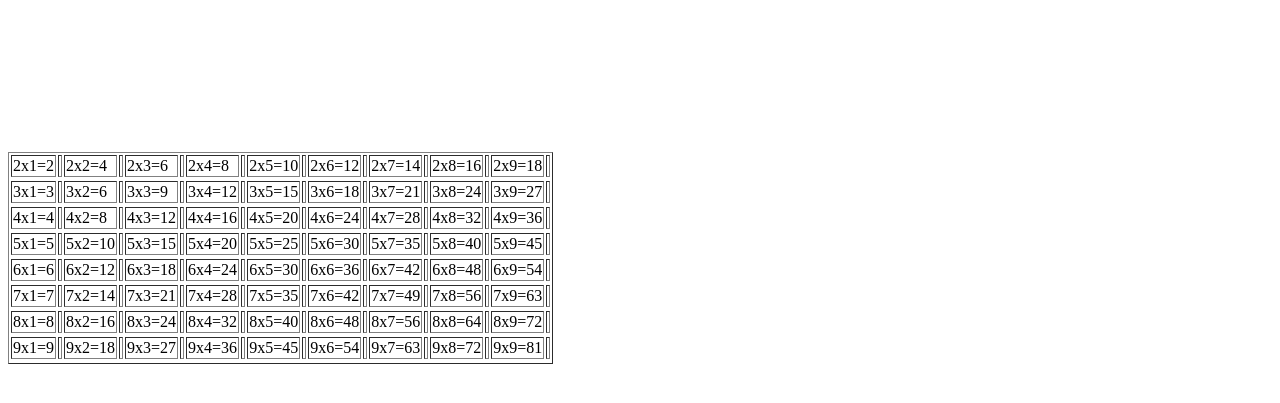
Repository: tldnwkd/jspclass2026
Page: http://localhost/chapter01/test02.jsp
An editor plug-in stored every save of this project. The page is shown before and after the next save, followed by the edit.
The browser window is 1280 px wide. The pictures show the whole page.
The page is served by Tomcat 9.

Above is the page before, as saved 2026-10-16 03:20:14.

### chapter01/src/main/webapp/test02.jsp
<%@ page language="java" contentType="text/html; charset=UTF-8"
    pageEncoding="UTF-8" import="java.util.*"%>
<!DOCTYPE html>
<html>
<head>
<meta charset="UTF-8">
<title>Insert title here</title>
</head>
<body>
<!-- 구구단 2단~ 9단까지 모두 출력할 것 -->
<table border="1">
<%for(int i=2; i<10; i++) {%>
	<tr>
	<%for(int j=1; j<10; j++){%>
	<td><%=i%>x<%=j%>=<%=i*j%><td/><br/>
	<%}%><tr/><br/>
<%}%>
</table>
</body>
</html>

After the next save:
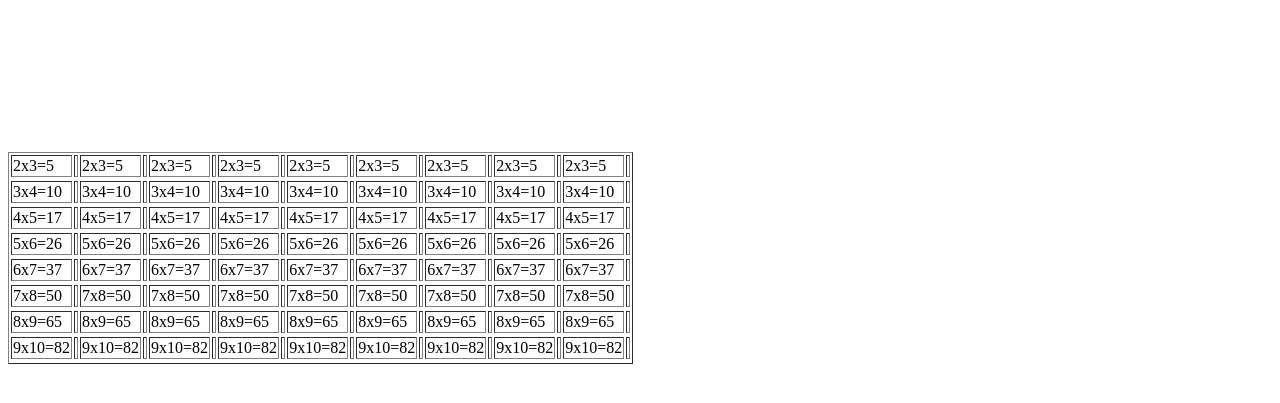
Saved 66 s later.
--- a/chapter01/src/main/webapp/test02.jsp
+++ b/chapter01/src/main/webapp/test02.jsp
@@ -12,7 +12,7 @@
 <%for(int i=2; i<10; i++) {%>
 	<tr>
 	<%for(int j=1; j<10; j++){%>
-	<td><%=i%>x<%=j%>=<%=i*j%><td/><br/>
+	<td><%=i%>x<%=i+1%>=<%=i*i+1%><td/><br/>
 	<%}%><tr/><br/>
 <%}%>
 </table>

After the save that followed:
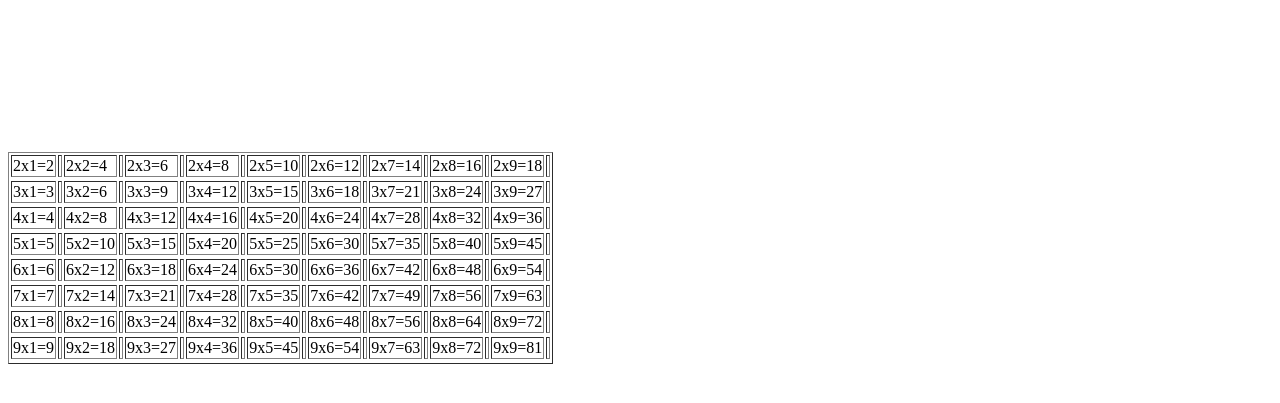
Saved 15 s later.
--- a/chapter01/src/main/webapp/test02.jsp
+++ b/chapter01/src/main/webapp/test02.jsp
@@ -12,7 +12,7 @@
 <%for(int i=2; i<10; i++) {%>
 	<tr>
 	<%for(int j=1; j<10; j++){%>
-	<td><%=i%>x<%=i+1%>=<%=i*i+1%><td/><br/>
+	<td><%=i%>x<%=j%>=<%=i*j%><td/><br/>
 	<%}%><tr/><br/>
 <%}%>
 </table>
